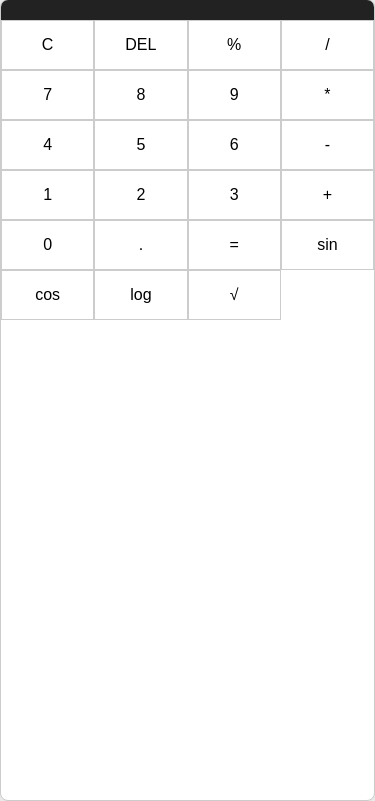
Repository: JuliusMonday/myCalculator
Page: index.html
The author's editor kept a copy of each file at every save. The page is drawn from the files as they stood at one save, then again after the next save.
The browser window is 375 px wide. The pictures show the whole page.

Above is the page before, as saved 2024-05-31 08:38:40.

After the next save:
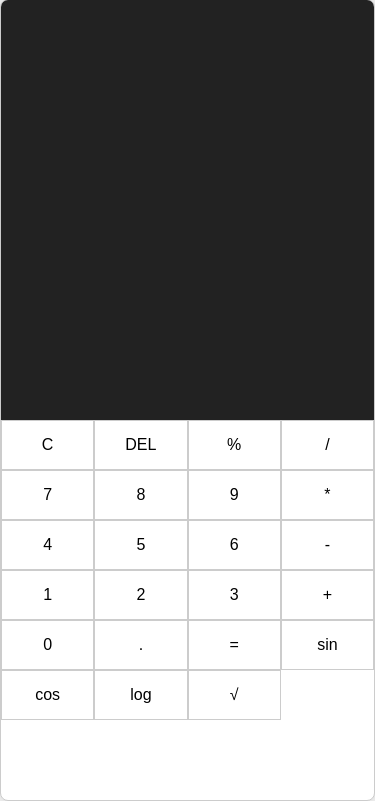
Saved 4 s later.
--- a/styles.css
+++ b/styles.css
@@ -74,7 +74,7 @@ button:active {
     .display {
         padding: 10px;
         font-size: 20px;
-        height: 00px;
+        height: 400px;
     }
     button {
         padding: 15px;
